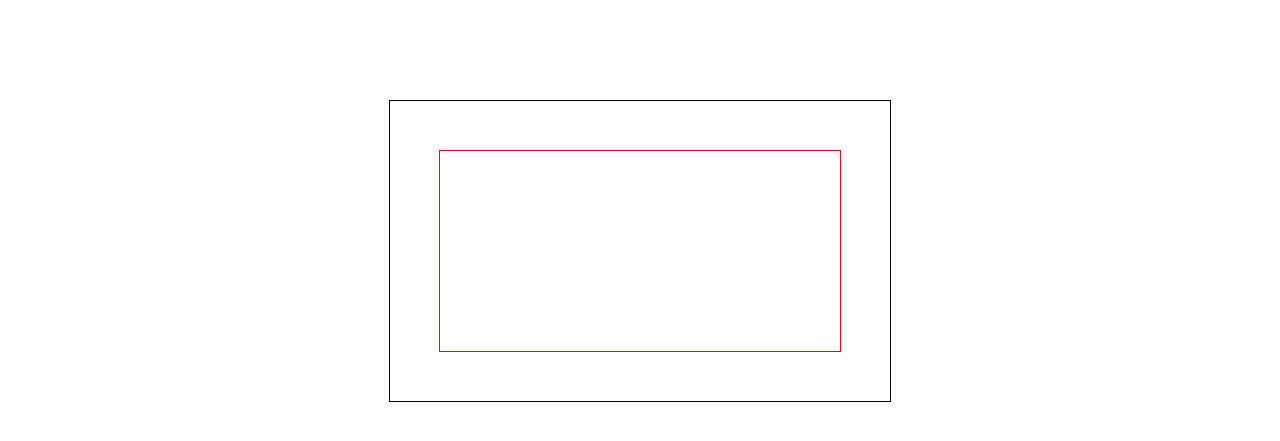
Repository: dinhconglam2306/frontend_tu_xa
Page: B08/Exercise-ramdon-quote/index.html
The author's editor kept a copy of each file at every save. The page is drawn from the files as they stood at one save, then again after the next save.
The browser window is 1280 px wide. The pictures show the whole page.

Above is the page before, as saved 2021-04-14 23:46:44.

After the next save:
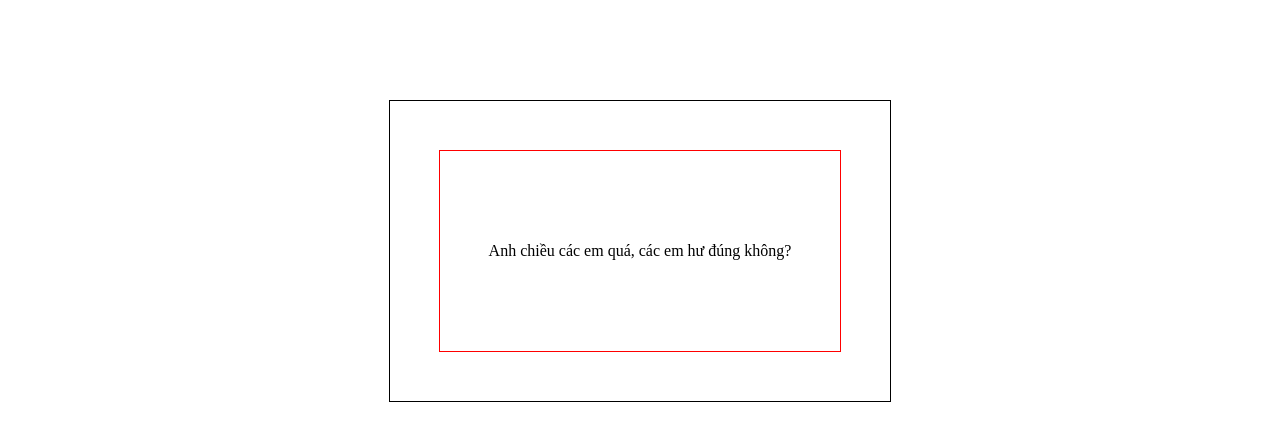
Saved 65 s later.
--- a/B08/Exercise-ramdon-quote/js/main.js
+++ b/B08/Exercise-ramdon-quote/js/main.js
@@ -9,7 +9,7 @@ var quote = [
 ];
 
 var time = 3000;
-
+var doAlert = setInterval(randomQuote, time);
 function randomQuote() {
   var rdNumber = Math.floor(Math.random() * quote.length);
   var rdContent = quote[rdNumber];
